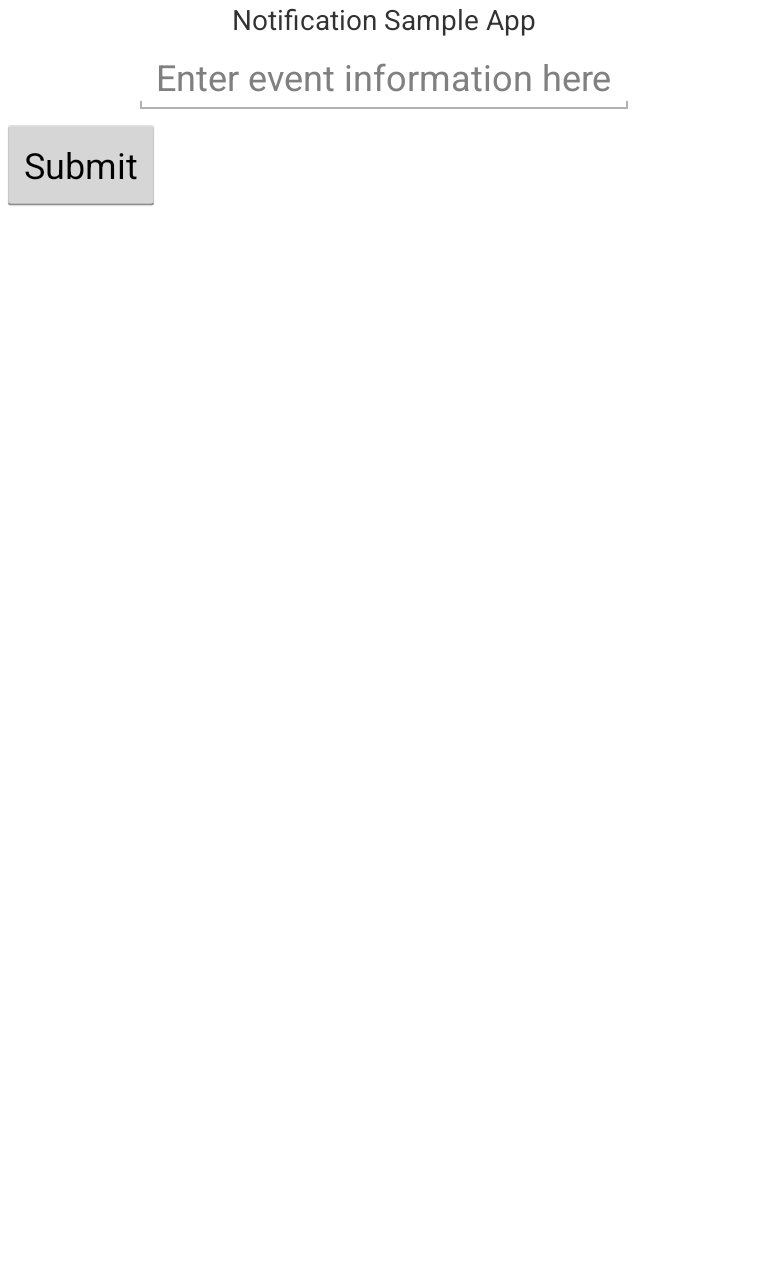
Repository: valleskeyp/Hive6Sample
Layout: NotificationSample/res/layout/activity_main.xml
The author's editor kept a copy of each file at every save. The layout is drawn from the files as they stood at one save, then again after the next save.
It is drawn on a 768 x 1280 px phone screen (xhdpi) without system bars, with theme AppTheme; the app's code is not run.

Above is the layout before, as saved 2014-01-14 18:37:51.

After the next save:
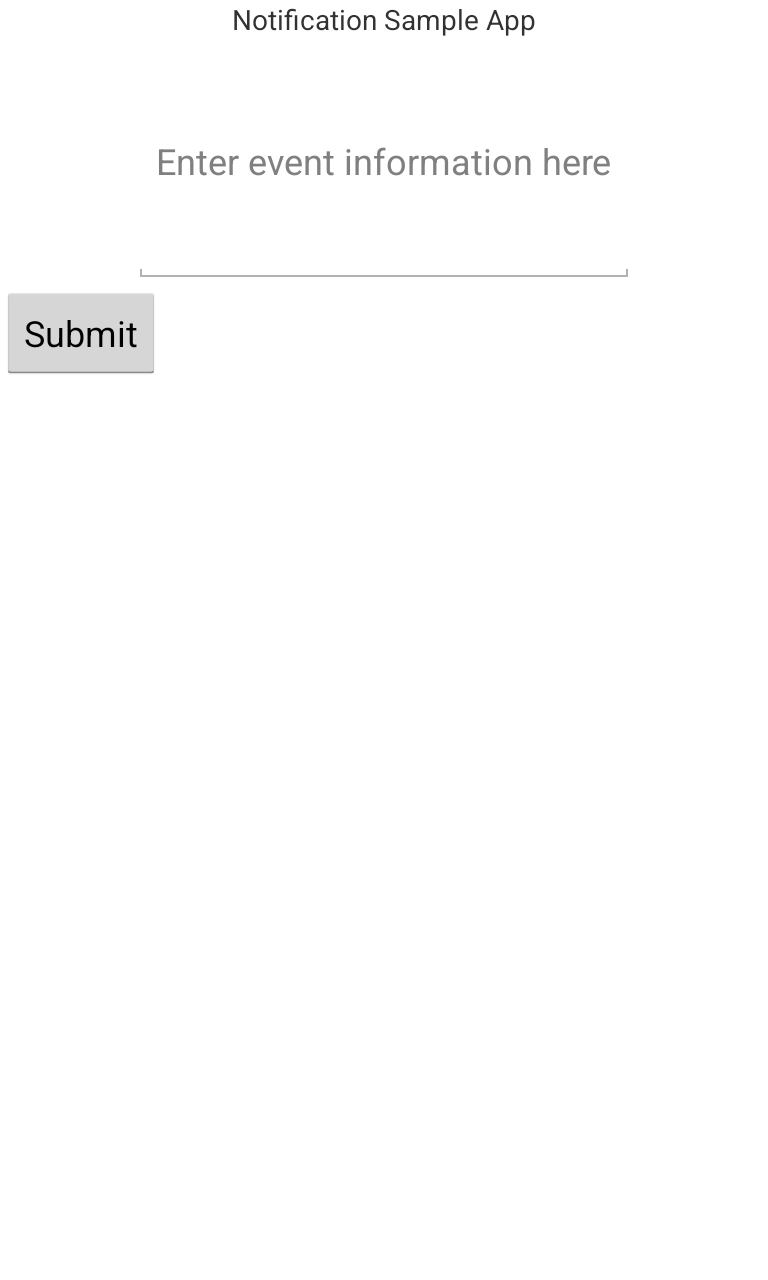
Saved 104 s later.
--- a/NotificationSample/res/layout/activity_main.xml
+++ b/NotificationSample/res/layout/activity_main.xml
@@ -12,6 +12,7 @@
         android:layout_gravity="center_horizontal"
         android:text="Notification Sample App" />
     <EditText
+        android:lines="5"
         android:layout_width="wrap_content"
         android:layout_height="wrap_content"
         android:layout_gravity="center_horizontal"
